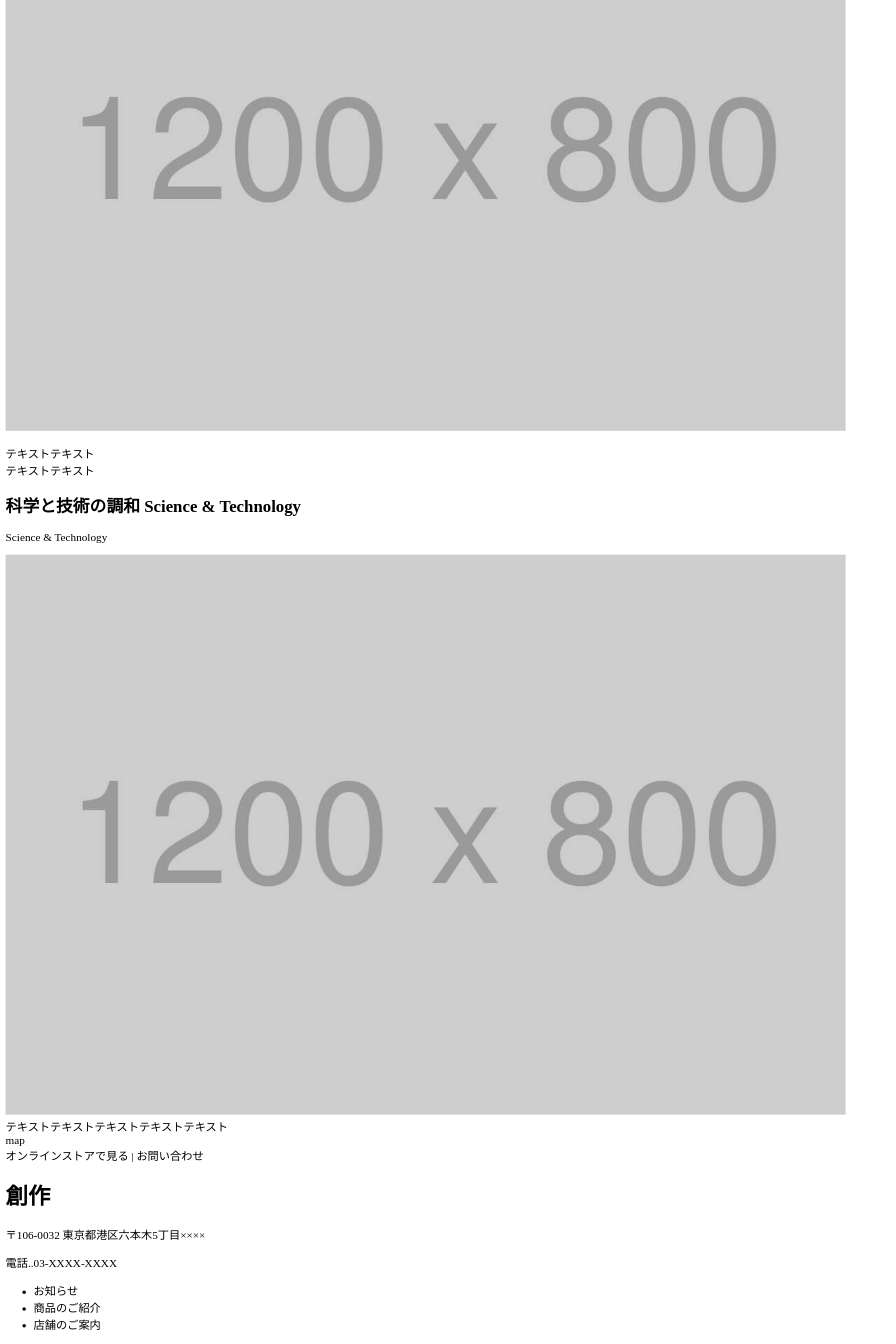
Repository: Fuki-san/wagashi
Page: http://localhost/wagashi
These files come from the project's save history. The page is drawn as it stood at one moment and after a run of saves; the edit follows.
The browser window is 1280 px wide. The pictures show the part of the page from y = 838 to 2758 px (the page is 2758 px tall before and 2724 px after), at 70% of full size.
The page is served by the project's Laravel application, run on PHP 8.4 with Laravel 10.

Above is the page before, as saved 2023-12-02 18:53:42.

After the next 3 saves:
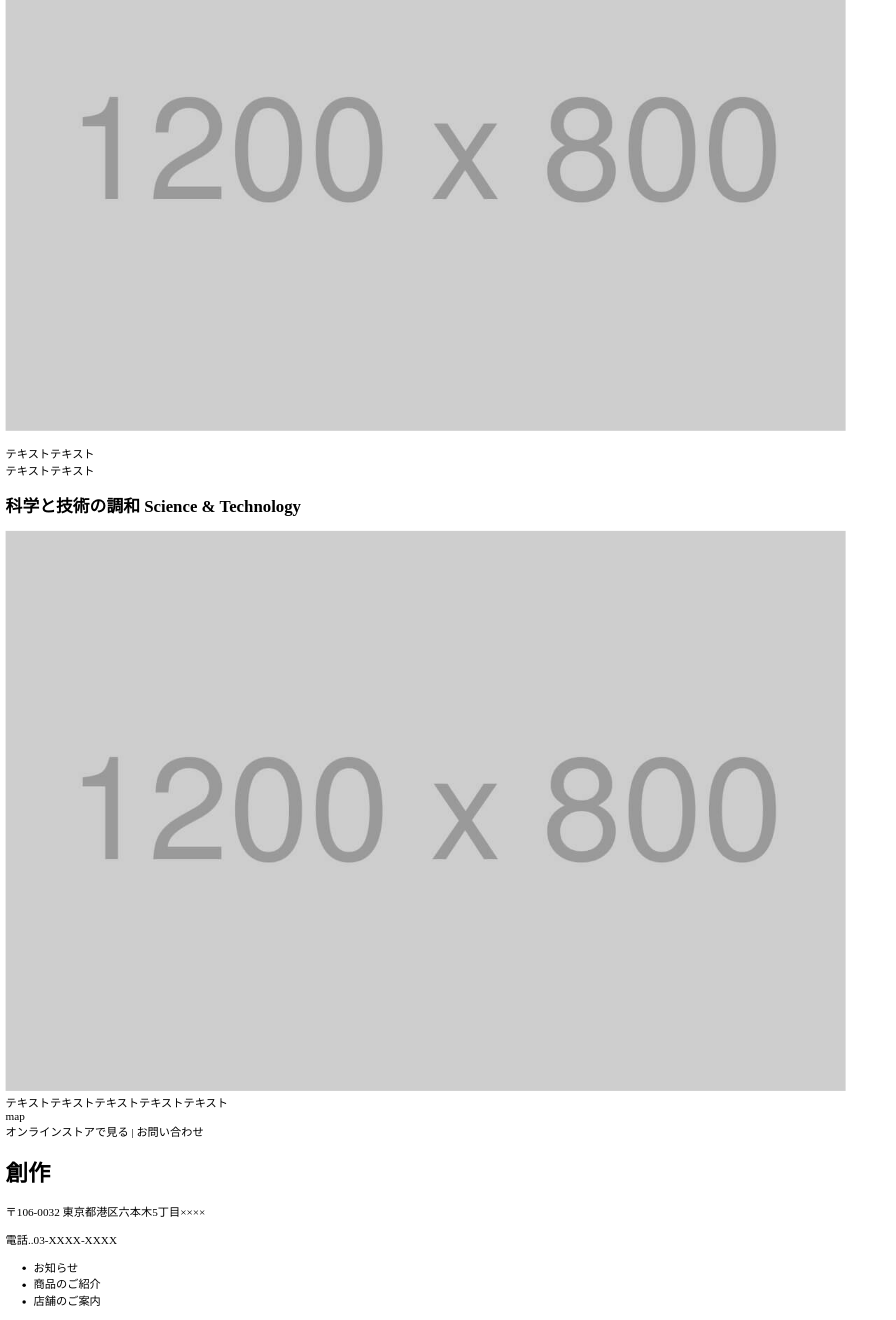
The 3 saves are shown as one change because they came seconds apart.
The last was saved 12 s later.
--- a/resources/views/wagashi.blade.php
+++ b/resources/views/wagashi.blade.php
@@ -54,7 +54,6 @@
                 <span class="ja">科学と技術の調和</span>
                 <span class="en">Science & Technology</span>
             </h2>
-            <p>Science & Technology</p>
             <div class="img"><img src="img/products2.jpg" alt=""></div>
             <div class="brown">テキストテキストテキストテキストテキスト</div>
         </section>
